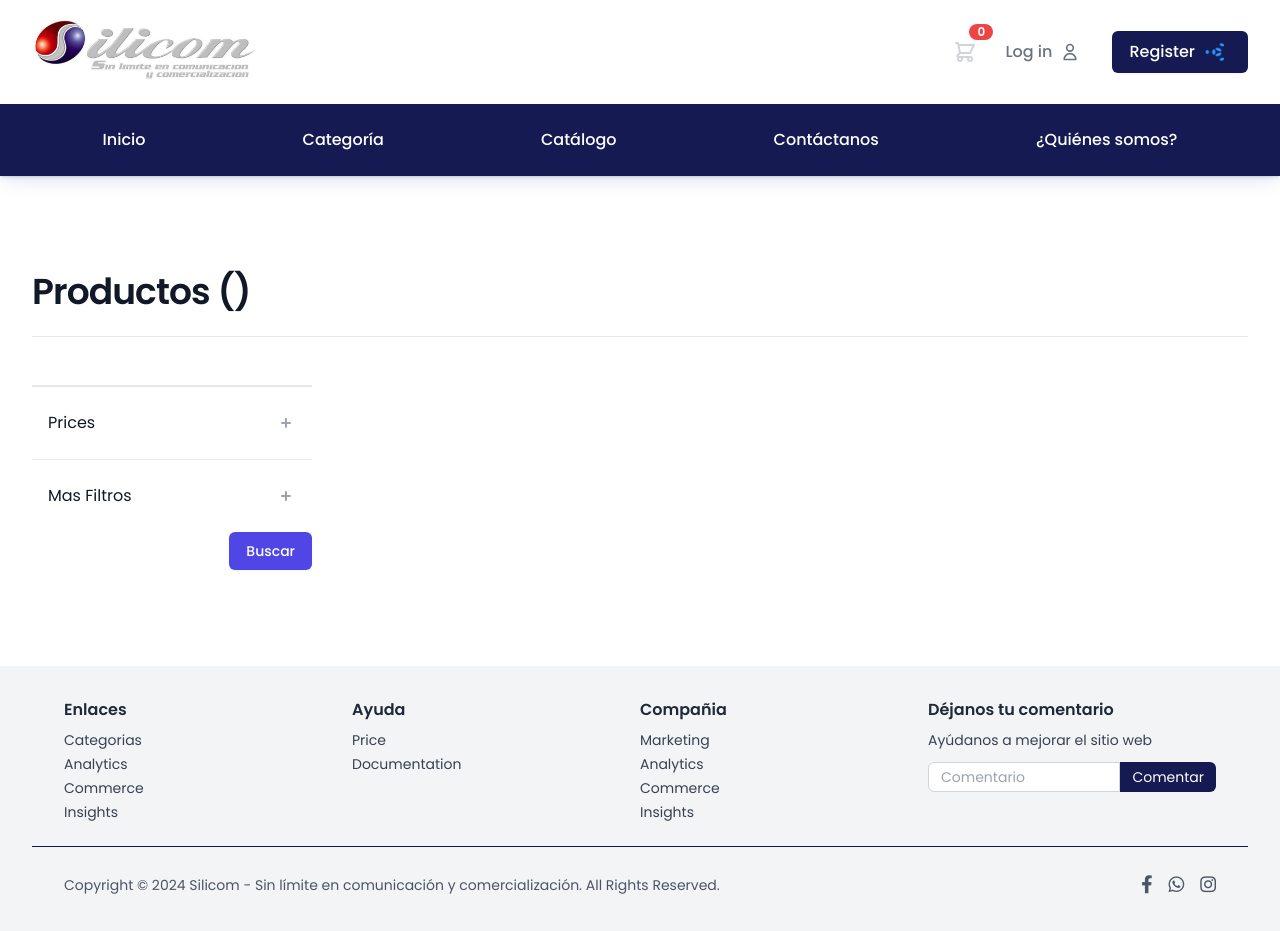
Repository: Francovg18/ecommerce
Page: /search
An editor plug-in stored every save of this project. The page is shown before and after the next save, followed by the edit.
The browser window is 1280 px wide. The pictures show the whole page.
The page's requests for data from a server got no answer. The project was rebuilt for these pictures with package versions that can differ from the ones it lists, and the page was loaded fresh each time. No one was signed in, and anything a server would have sent is missing. Also part of the build but not shown: src/redux/actions/cart.js, src/redux/actions/profile.js, src/componentes/navegacion/SearchBox.js, src/hocs/Layout.js, src/componentes/home/Banner.js, src/componentes/home/ProductsArrival.js, src/componentes/home/ProductsSold.js, src/contenedores/Home.jsx and 33 more.

Above is the page before, as saved 2025-01-18 00:17:37.

### public/index.html
<!DOCTYPE html>
<html lang="en">
  <head>
    <meta charset="utf-8" />
    <link rel="icon" href="%PUBLIC_URL%/favicon.ico" />
    <meta name="viewport" content="width=device-width, initial-scale=1" />
    <meta name="theme-color" content="#000000" />
    <meta name="description" content="Web site created using create-react-app" />
    <link rel="apple-touch-icon" href="%PUBLIC_URL%/logo192.png" />
    <link href="https://fonts.googleapis.com/css2?family=Poppins:wght@400;500;600&display=swap" rel="stylesheet">
    <link
  rel="stylesheet"
  href="https://cdnjs.cloudflare.com/ajax/libs/font-awesome/6.0.0-beta3/css/all.min.css"
/>

    <!--
      manifest.json provides metadata used when your web app is installed on a
      user's mobile device or desktop. See https://developers.google.com/web/fundamentals/web-app-manifest/
    -->
    <link rel="manifest" href="%PUBLIC_URL%/manifest.json" />
    <!--
      Notice the use of %PUBLIC_URL% in the tags above.
      It will be replaced with the URL of the `public` folder during the build.
      Only files inside the `public` folder can be referenced from the HTML.

      Unlike "/favicon.ico" or "favicon.ico", "%PUBLIC_URL%/favicon.ico" will
      work correctly both with client-side routing and a non-root public URL.
      Learn how to configure a non-root public URL by running `npm run build`.
    -->
    <title>React App</title>
  </head>
  <body>
    <noscript>You need to enable JavaScript to run this app.</noscript>
    <div id="root"></div>
    <!--
      This HTML file is a template.
      If you open it directly in the browser, you will see an empty page.

      You can add webfonts, meta tags, or analytics to this file.
      The build step will place the bundled scripts into the <body> tag.

      To begin the development, run `npm start` or `yarn start`.
      To create a production bundle, use `npm run build` or `yarn build`.
    -->
  </body>
</html>

### src/componentes/navegacion/Navbar.js
import { Fragment, useEffect, useState } from 'react'
import { Menu, Popover, Transition } from '@headlessui/react'
import logoGif from '../../assets/img/gif4.webp'
import logo from '../../assets/img/logoP.jpg'
import { Link, Navigate, NavLink } from 'react-router-dom'
import Alert from '../../componentes/alert'
import logoMini from '../../assets/img/logoMini.jpg'
import { MenuIcon, XIcon, ShoppingCartIcon, UserIcon } from '@heroicons/react/outline'
import { connect } from 'react-redux'
import { logout } from '../../redux/actions/auth'
import { get_categories } from '../../redux/actions/categories'
import { get_search_products } from '../../redux/actions/products'
import SearchBox from './SearchBox'

function classNames(...classes) {
  return classes.filter(Boolean).join(' ')
}

function Navbar({
  isAuthenticated,
  user,
  logout,
  get_categories,
  categories,
  get_search_products,
  total_items
}) {

  const [redirect, setRedirect] = useState(false);
  const [render, setRender] = useState(false);
  const [formData, setFormData] = useState({
    category_id: 0,
    search: ''
  });
  const { category_id, search } = formData;
  useEffect(()=>{
    get_categories()
  }, [])

  const onChange = e => setFormData({ ...formData, [e.target.name]: e.target.value });
  const onSubmit = e => {
    e.preventDefault();
    get_search_products(search, category_id);
    setRender(!render);
  }

  if(render){
    return <Navigate to='/search' />
  }

  const logoutHandler = () => {
    logout()
    setRedirect(true);
  }

  if(redirect){
    window.location.reload(false);
    return <Navigate to='/' />
  }

  const authLinks = (
    <Menu as="div" className="relative inline-block text-left">
      <div>
        <Menu.Button className="inline-flex justify-center w-full rounded-full  text-sm font-medium text-gray-700 focus:outline-none focus:ring-2 focus:ring-offset-2 focus:ring-offset-gray-100 focus:ring-indigo-500 ml-3">
          <span className="inline-block h-10 w-10 rounded-full overflow-hidden bg-gray-100">
            <svg className="h-full w-full text-gray-300" fill="currentColor" viewBox="0 0 24 24">
              <path d="M24 20.993V24H0v-2.996A14.977 14.977 0 0112.004 15c4.904 0 9.26 2.354 11.996 5.993zM16.002 8.999a4 4 0 11-8 0 4 4 0 018 0z" />
            </svg>
          </span>
        </Menu.Button>
      </div>

      <Transition
        as={Fragment}
        enter="transition ease-out duration-100"
        enterFrom="transform opacity-0 scale-95"
        enterTo="transform opacity-100 scale-100"
        leave="transition ease-in duration-75"
        leaveFrom="transform opacity-100 scale-100"
        leaveTo="transform opacity-0 scale-95"
      >
        <Menu.Items className="origin-top-right absolute right-0 mt-2 w-56 rounded-md shadow-lg bg-white ring-1 ring-black ring-opacity-5 focus:outline-none">
          <div className="py-1">
            <Menu.Item>
              {({ active }) => (
                <Link
                  to="/dashboard"
                  className={classNames(
                    active ? 'bg-gray-100 text-gray-900' : 'text-gray-700',
                    'block px-4 py-2 text-sm'
                  )}
                >
                  Info
                </Link>
              )}
            </Menu.Item>


            <form method="POST" action="#">
              <Menu.Item>
                {({ active }) => (
                  <button
                    onClick={logoutHandler}
                    className={classNames(
                      active ? 'bg-gray-100 text-gray-900' : 'text-gray-700',
                      'block w-full text-left px-4 py-2 text-sm'
                    )}
                  >
                    Salir
                  </button>
                )}
              </Menu.Item>
            </form>
          </div>
        </Menu.Items>
      </Transition>
    </Menu>
  )
  const guestLinks = (
    <Fragment>
    <div className="hidden md:flex items-center md:ml-7">
    <Link to="/login" className="text-base font-medium text-gray-500 hover:text-gray-900 flex items-center">
      Log in
      <UserIcon className="h-5 w-5 ml-2" aria-hidden="true" />
    </Link>
      <Link
        to="/signup"
        className="ml-8 inline-flex items-center justify-center px-4 py-2 border border-transparent rounded-md shadow-sm text-base font-medium text-white bg-midnight-blue hover:bg-purple-night"
      >
        Register
        <img
          src={logoGif}
          alt="Cargando"
          className="w-7 h-6 mt-0.3 ml-2"
        />
      </Link>
    </div>

    </Fragment>
  )
  return (
    <>
    <Popover className="relative bg-white ">
      <div className="absolute inset-0 shadow z-30 pointer-events-none " aria-hidden="true" />
      <div className="relative z-20">
        <div className="max-w-7xl mx-auto flex justify-between items-center px-4 py-5 sm:px-6 sm:py-3 lg:px-8 md:justify-start md:space-x-10">
          <div>
          <Link to="/" className="flex">
            <img
              className="h-auto w-32 sm:w-40 md:w-48 lg:w-56"
              src={logo}
              alt="Logo"
            />
          </Link>

          </div>
          {/* Contenedor para pantallas pequeñas */}
          <div className="-mr-2 -my-2 md:hidden">
          <div className="">
            {window.location.pathname === '/search' ? null : (
              <SearchBox
                search={search}
                onChange={onChange}
                onSubmit={onSubmit}
                categories={categories}
              />
            )}
          </div>
          <Link to='/cart' className="bg-white rounded-md p-2 inline-flex items-center justify-center text-gray-400 hover:text-gray-500 hover:bg-gray-100 focus:outline-none focus:ring-2 focus:ring-inset focus:ring-indigo-500">
              <span className="sr-only">Open menu</span>
              <ShoppingCartIcon className="h-6 w-6" aria-hidden="true" />
          </Link>

            <Popover.Button className="bg-white rounded-md p-2 inline-flex items-center justify-center text-gray-400 hover:text-gray-500 hover:bg-gray-100 focus:outline-none focus:ring-2 focus:ring-inset focus:ring-indigo-500">
              <span className="sr-only">Open menu</span>
              <MenuIcon className="h-6 w-6" aria-hidden="true" />
            </Popover.Button>
          </div>
    {/* Contenedor para pantallas medianas o grandes */}
    <div className="hidden md:flex-1 md:flex md:items-center md:justify-between">
      <Popover.Group as="nav" className="flex space-x-10">
        {window.location.pathname === '/search' ? null : (
          <div className="flex flex-1 justify-center">
            <SearchBox
              search={search}
              onChange={onChange}
              onSubmit={onSubmit}
              categories={categories}
            />
          </div>
        )}
      </Popover.Group>
      <div className="flex items-center md:ml-12">
        <div className="flex items-center md:ml-12">
          <Link to="/cart">
              <ShoppingCartIcon className="h-6 w-6 cursor-pointer text-gray-300 "/>
              <span className="text-xs absolute top-3 mt-3 ml-4 bg-red-500 text-white font-semibold rounded-full px-2 text-center">{total_items}</span>
          </Link>
        </div>
        {isAuthenticated ? authLinks:guestLinks}
      </div>
    </div>

      </div>
      <div className="hidden md:flex bg-midnight-blue text-white py-4 px-6 justify-around items-center shadow-lg shadow-blue-800/10">
      {[
        { to: "/", label: "Inicio" },
        { to: "/", label: "Categoría" },
        { to: "/shop", label: "Catálogo" },
        { to: "/contactus", label: "Contáctanos" },
        { to: "/", label: "¿Quiénes somos?" },
      ].map((item, index) => (
        <NavLink
          key={index}
          to={item.to}
          className={({ isActive }) =>
            `relative text-base font-medium transition-all duration-300 ease-in-out px-6 py-2
            rounded-lg group ${isActive ? "bg-midnight-blue shadow-md shadow-royal-purple/100 text-yellow-300" : "hover:bg-purple-night/70 hover:text-crimson-red"}`
          }
        >
          <span className="absolute inset-y-0 left-0 flex items-center -translate-x-4 opacity-0 transition-all duration-300 group-hover:translate-x-0 group-hover:opacity-100">
            <svg
              xmlns="http://www.w3.org/2000/svg"
              className="w-4 h-4 text-yellow-300"
              fill="none"
              viewBox="0 0 24 24"
              stroke="currentColor"
            >
              <path strokeLinecap="round" strokeLinejoin="round" strokeWidth="2" d="M15 19l-7-7 7-7" />
            </svg>
          </span>
          <span>{item.label}</span>
          <span className="absolute inset-y-0 right-0 flex items-center translate-x-4 opacity-0 transition-all duration-300 group-hover:translate-x-0 group-hover:opacity-100">
            <svg
              xmlns="http://www.w3.org/2000/svg"
              className="w-4 h-4 text-yellow-300"
              fill="none"
              viewBox="0 0 24 24"
              stroke="currentColor"
            >
              <path strokeLinecap="round" strokeLinejoin="round" strokeWidth="2" d="M9 5l7 7-7 7" />
            </svg>
          </span>
        </NavLink>
      ))}
    </div>


      </div>

      <Transition
        as={Fragment}
        enter="duration-200 ease-out"
        enterFrom="opacity-0 scale-95"
        enterTo="opacity-100 scale-100"
        leave="duration-100 ease-in"
        leaveFrom="opacity-100 scale-100"
        leaveTo="opacity-0 scale-95"
      >
        <Popover.Panel
          focus
          className="absolute z-30 top-0 inset-x-0 p-2 transition transform origin-top-right md:hidden"
        >
          <div className="rounded-lg shadow-lg ring-1 ring-black ring-opacity-5 bg-midnight-blue text-white divide-y-2 divide-gray-50">
            <div className="pt-5 pb-6 px-5 sm:pb-8">
              <div className="flex items-center justify-between">
                <div>
                  <img className="h-8 w-auto" src={logoMini} alt="Workflow" />
                </div>
                <div className="-mr-2">
                  <Popover.Button className="bg-midnight-blue rounded-md p-2 inline-flex items-center justify-center text-gray-400 hover:text-gray-300 focus:outline-none focus:ring-2 focus:ring-inset focus:ring-purple-night">
                    <span className="sr-only">Cerrar menú</span>
                    <XIcon className="h-6 w-6" aria-hidden="true" />
                  </Popover.Button>
                </div>
              </div>
              <div className="mt-6 sm:mt-8">
                <nav>
                  <div className="grid gap-7 sm:grid-cols-2 sm:gap-y-8 sm:gap-x-4">
                    <NavLink
                      to="/"
                      className="-m-3 flex items-center p-3 rounded-lg hover:bg-midnight-blue"
                    >
                      <div className="ml-4 text-base font-medium text-white">
                        Inicio
                      </div>
                    </NavLink>
                    <NavLink
                      to="/shop"
                      className="-m-3 flex items-center p-3 rounded-lg hover:bg-midnight-blue"
                    >
                      <div className="ml-4 text-base font-medium text-white">
                        Categoria
                      </div>
                    </NavLink>
                    <NavLink
                      to="/shop"
                      className="-m-3 flex items-center p-3 rounded-lg hover:bg-midnight-blue"
                    >
                      <div className="ml-4 text-base font-medium text-white">
                        Catálogo
                      </div>
                    </NavLink>

                    <NavLink
                      to="/"
                      className="-m-3 flex items-center p-3 rounded-lg hover:bg-midnight-blue"
                    >
                      <div className="ml-4 text-base font-medium text-white">
                        Contáctanos
                      </div>
                    </NavLink>

                    <NavLink
                      to="/"
                      className="-m-3 flex items-center p-3 rounded-lg hover:bg-midnight-blue"
                    >
                      <div className="ml-4 text-base font-medium text-white">
                        ¿Quiénes somos?
                      </div>
                    </NavLink>
                  </div>
                </nav>
              </div>
            </div>
            <div className="py-6 px-5 bg-gray-50">
              <div className="grid grid-cols-2 gap-4 bg-gray-50">
                <Link
                  to="/login"
                  className="text-sm font-medium text-midnight-blue hover:text-purple-night hover:underline text-center"
                >
                  Login
                </Link>
                <Link
                  to="/signup"
                  className="text-sm font-medium text-midnight-blue hover:text-purple-night hover:underline text-center"
                >
                  Registrarse
                </Link>
              </div>
            </div>
          </div>
        </Popover.Panel>
      </Transition>
    </Popover>
    <Alert/>
    </>
  )
}
const mapStateToProps = state =>  ({
  isAuthenticated: state.Auth.isAuthenticated,
  user: state.Auth.user,
  categories: state.Categories.categories,
  total_items: state.Cart.total_items
})
export default connect(mapStateToProps, {
  logout,
  get_categories,
  get_search_products
}) (Navbar)

Loaded but not shown: src/style/index.css (common file); src/redux/actions/auth.js (387 lines, source omitted); src/redux/actions/types.js (132 lines, source omitted); src/redux/actions/products.js (256 lines, source omitted); src/redux/reducers/cart.js (158 lines, source omitted); src/redux/reducers/products.js (118 lines, source omitted); src/componentes/navegacion/Footer.js (83 lines, source omitted); src/redux/reducers/auth.js (113 lines, source omitted); src/App.js (64 lines, source omitted); src/redux/reducers/payment.js (89 lines, source omitted); src/redux/reducers/reviews.js (90 lines, source omitted); src/redux/reducers/wishlist.js (67 lines, source omitted); tailwind.config.js (49 lines, source omitted); src/componentes/alert.js (40 lines, source omitted); src/redux/reducers/orders.js (41 lines, source omitted); src/redux/reducers/profile.js (37 lines, source omitted); src/redux/actions/categories.js (33 lines, source omitted); src/redux/reducers/index.js (27 lines, source omitted); src/redux/reducers/shipping.js (27 lines, source omitted); src/redux/reducers/categories.js (27 lines, source omitted); src/redux/reducers/coupons.js (28 lines, source omitted); src/redux/reducers/alert.js (27 lines, source omitted); src/store.js (14 lines, source omitted); src/helpers/fixedPrices.js (26 lines, source omitted); src/redux/actions/alert.js (12 lines, source omitted); src/index.js (11 lines, source omitted); src/contenedores/pages/Search.jsx (617 lines, source omitted)

After the next save:
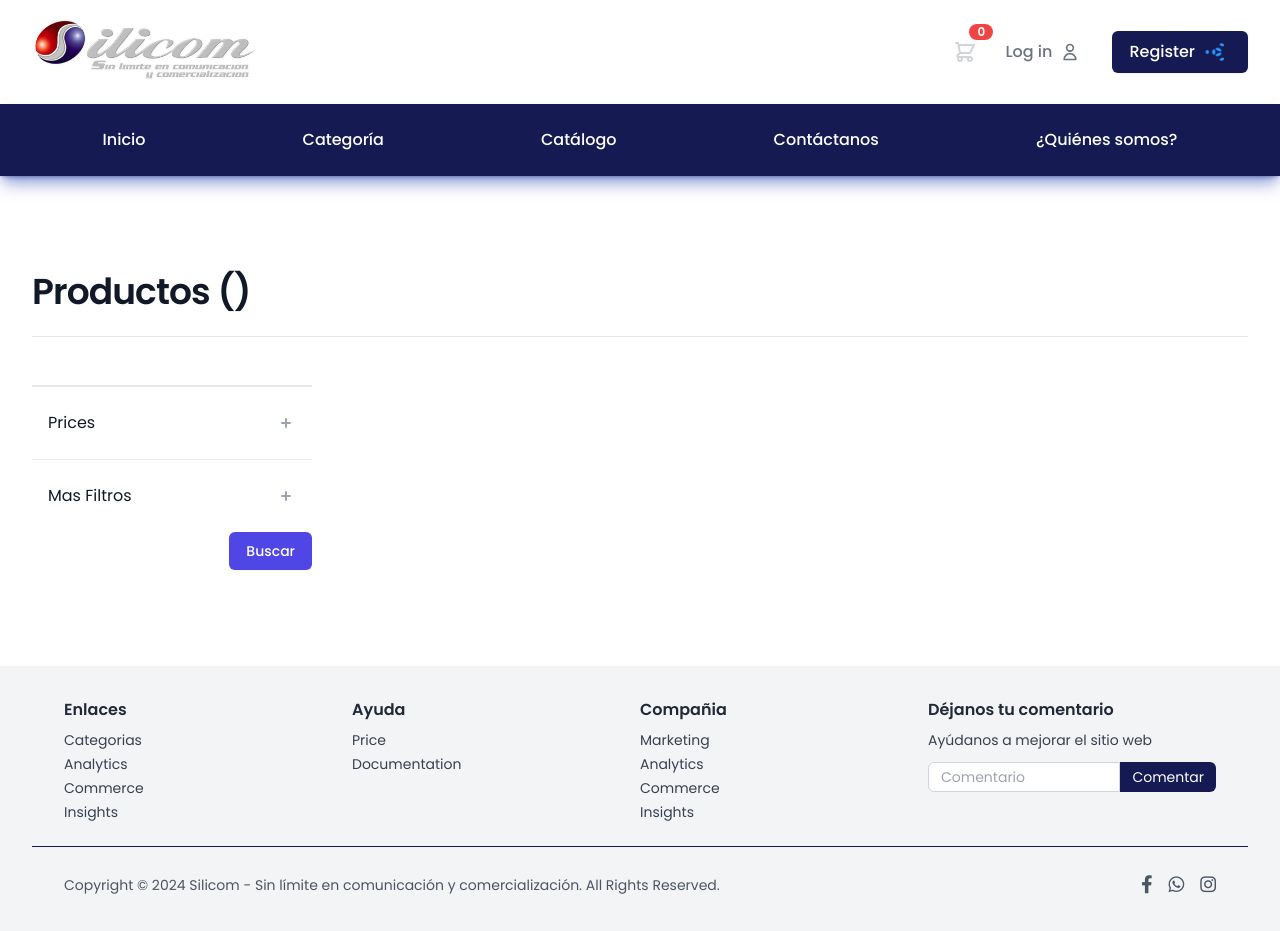
Saved 34 s later.
--- a/src/componentes/navegacion/Navbar.js
+++ b/src/componentes/navegacion/Navbar.js
@@ -202,7 +202,7 @@
     </div>
 
       </div>
-      <div className="hidden md:flex bg-midnight-blue text-white py-4 px-6 justify-around items-center shadow-lg shadow-blue-800/10">
+      <div className="hidden md:flex bg-midnight-blue text-white py-4 px-6 justify-around items-center shadow-lg shadow-blue-800/50">
       {[
         { to: "/", label: "Inicio" },
         { to: "/", label: "Categoría" },

After the save that followed:
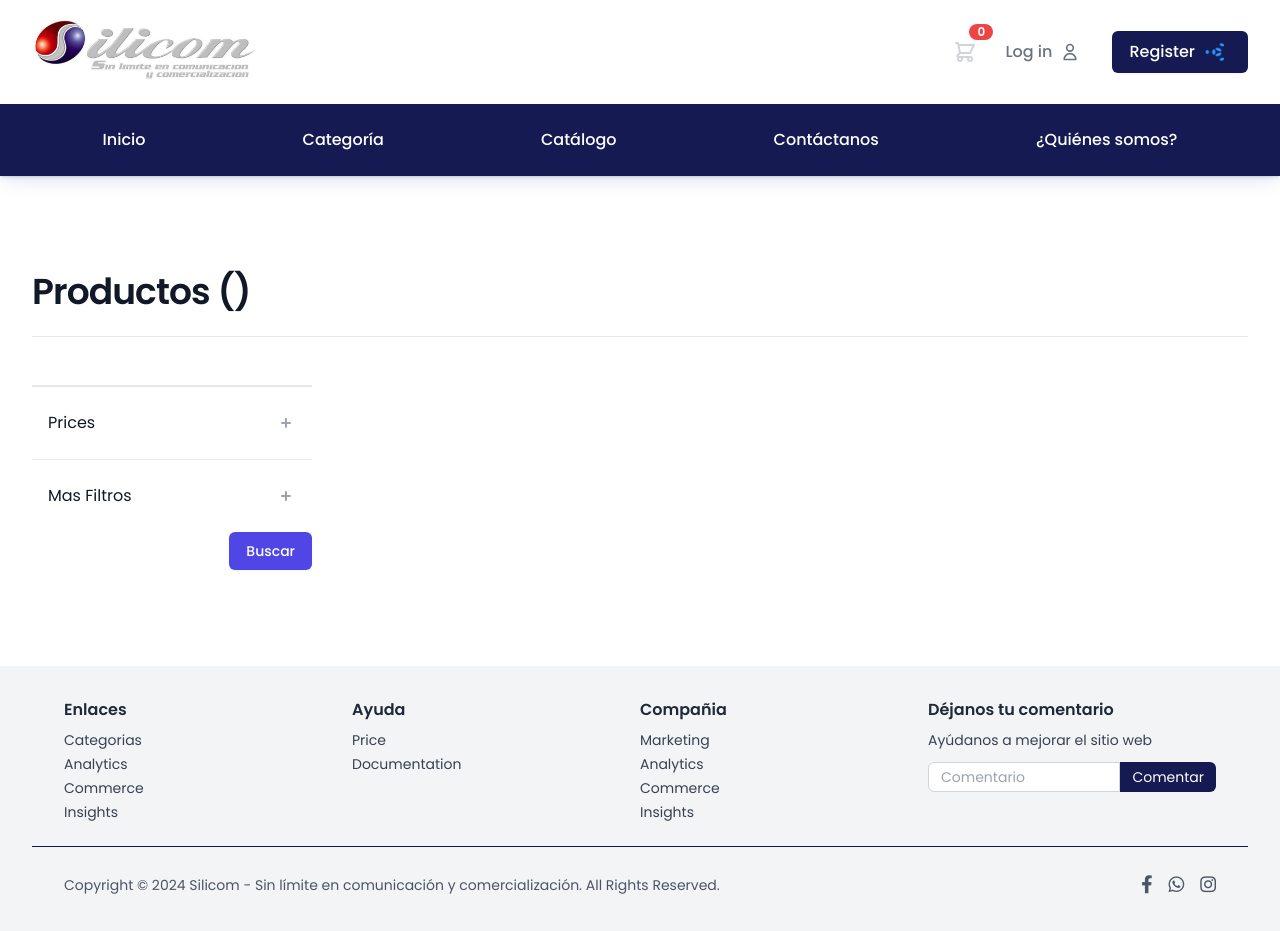
Saved 16 s later.
--- a/src/componentes/navegacion/Navbar.js
+++ b/src/componentes/navegacion/Navbar.js
@@ -202,7 +202,7 @@
     </div>
 
       </div>
-      <div className="hidden md:flex bg-midnight-blue text-white py-4 px-6 justify-around items-center shadow-lg shadow-blue-800/50">
+      <div className="hidden md:flex bg-midnight-blue text-white py-4 px-6 justify-around items-center shadow-lg shadow-blue-800/10">
       {[
         { to: "/", label: "Inicio" },
         { to: "/", label: "Categoría" },
